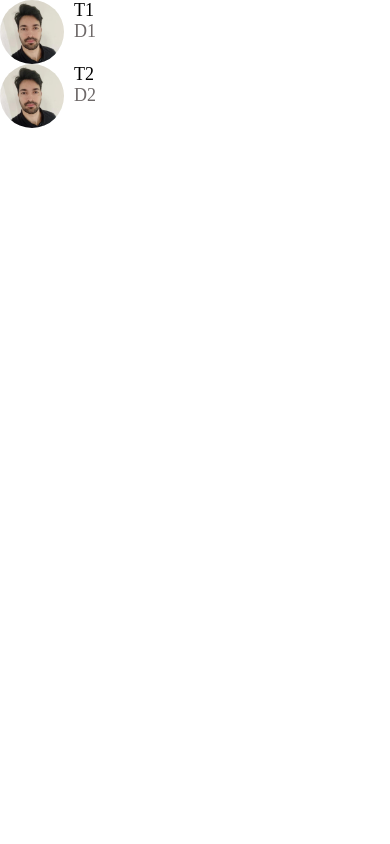
Repository: georgehgfonseca/F05-Trena-Native
Screen: /
These files come from the project's save history. The screen is drawn as it stood at one moment and after the next save; the edit follows.
The app was drawn by React Native's web renderer in a window 390 px wide. The project was rebuilt for these pictures with package versions that can differ from the ones it lists, and the page was loaded fresh each time. Some packages were replaced by stand-ins written for this rebuild.

Above is the screen before, as saved 2022-10-13 18:07:04.

After the next save:
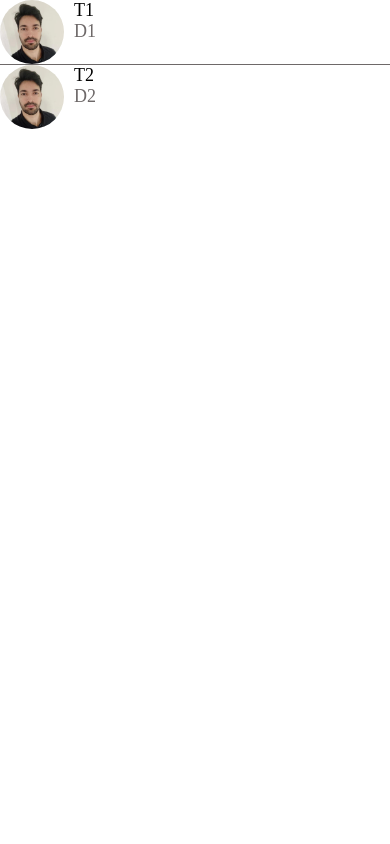
Saved 110 s later.
--- a/app/screens/MessagesScreen.tsx
+++ b/app/screens/MessagesScreen.tsx
@@ -1,8 +1,9 @@
 import React from "react";
-import { FlatList } from "react-native";
+import { FlatList, View } from "react-native";
 
 import ListItem from "../components/ListItem";
 import Screen from "../components/Screen";
+import colors from "../config/colors";
 
 const messages = [
   {
@@ -32,6 +33,11 @@ export default function MessagesScreen(props: any) {
             image={item.image}
           ></ListItem>
         )}
+        ItemSeparatorComponent={(props) => (
+          <View
+            style={{ width: "100%", height: 1, backgroundColor: colors.gray }}
+          />
+        )}
       ></FlatList>
     </Screen>
   );
